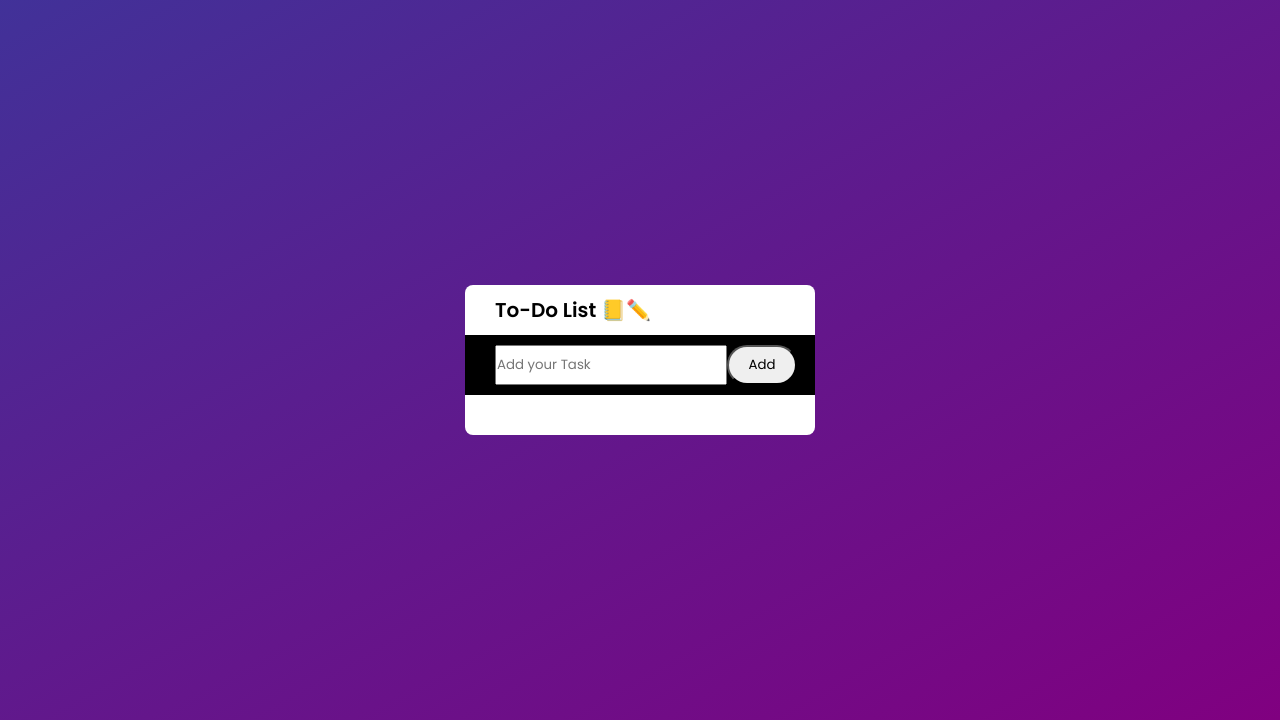
Repository: Ankitkr2021/To-Do-List
Page: index.html
The author's editor kept a copy of each file at every save. The page is drawn from the files as they stood at one save, then again after the next save.
The browser window is 1280 px wide. The pictures show the whole page.

Above is the page before, as saved 2025-10-03 10:08:56.

After the next save:
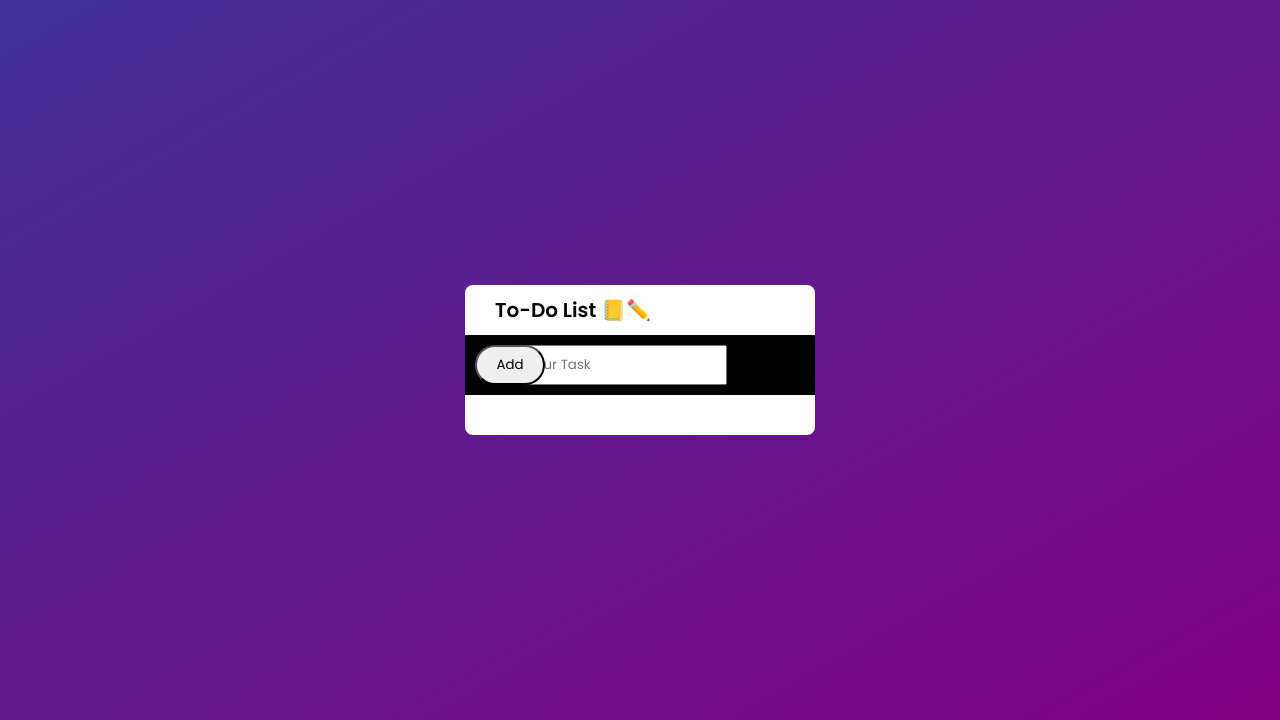
Saved 9 s later.
--- a/style.css
+++ b/style.css
@@ -43,6 +43,7 @@ body{
 .task button {
     content: "";
     position: absolute;
+    left: 10px;
     height: 40px;
     width: 20%;
     border-radius: 20px;
